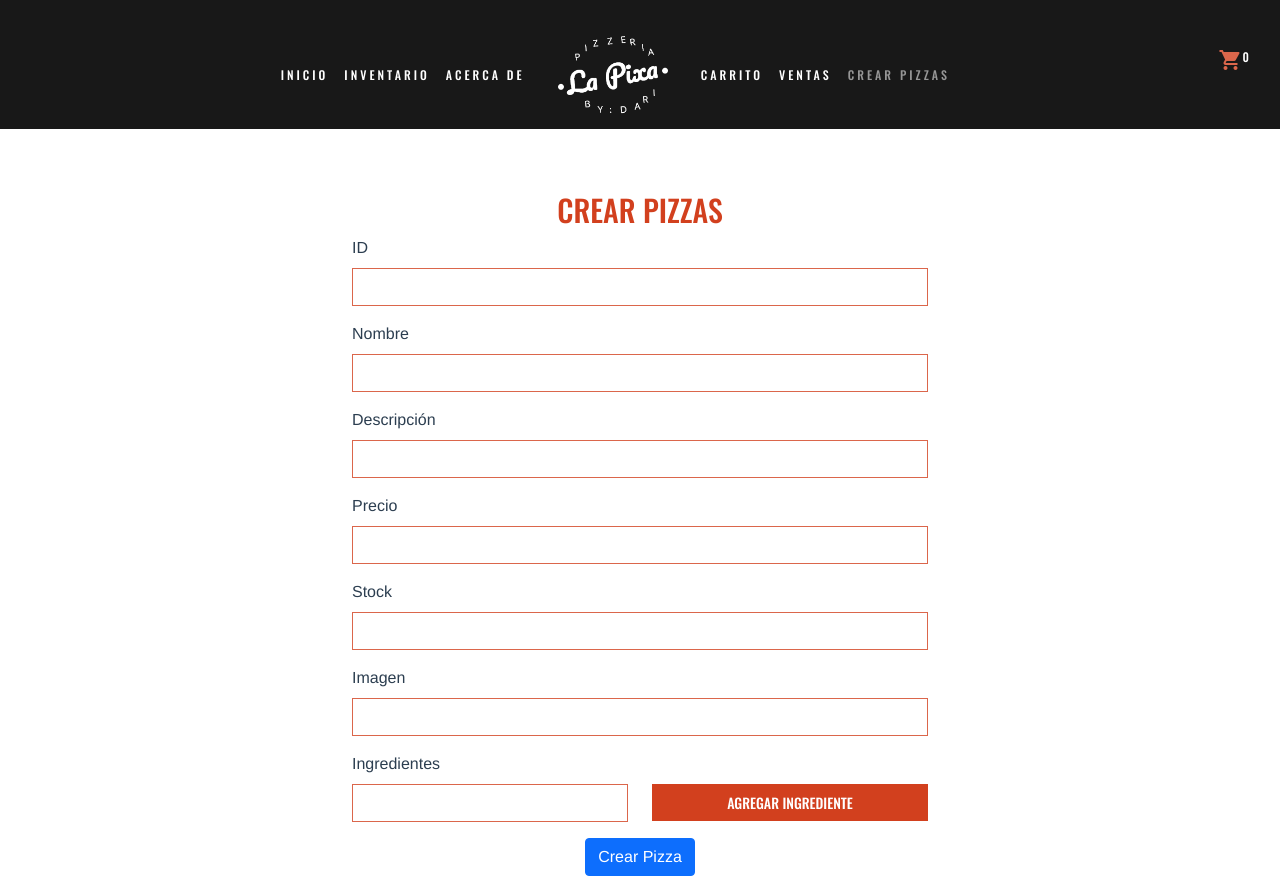
Repository: Darigo30/prueba-vue-dari-pizza
Page: /crearPizzas
These files come from the project's save history. The page is drawn as it stood at one moment and after the next save; the edit follows.
The browser window is 1280 px wide. The pictures show the whole page.
The project was rebuilt for these pictures with package versions that can differ from the ones it lists, and the page was loaded fresh each time. Also part of the build but not shown: src/views/Home.vue.

Above is the page before, as saved 2021-05-23 22:51:42.

After the next save:
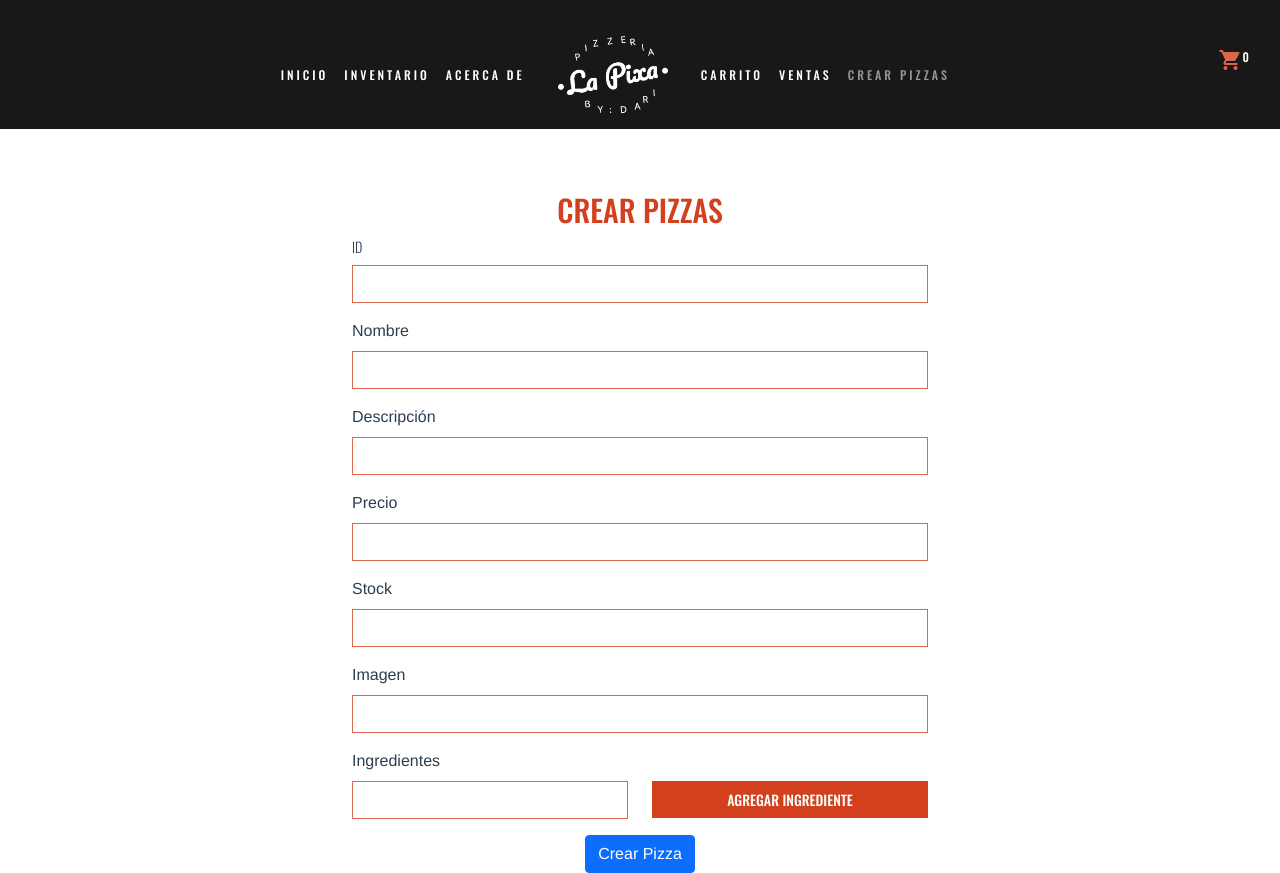
Saved 48 s later.
--- a/src/views/CrearPizzas.vue
+++ b/src/views/CrearPizzas.vue
@@ -5,7 +5,7 @@
         <h1 class="padd-t">Crear Pizzas</h1>
 
           <div class="mb-3 text-start">
-            <label class="form-label">ID</label>
+            <label class="form-label descrip">ID</label>
             <input type="text" class="form-control bord-fo" v-model="pizza.id" />
           </div>
           <div class="mb-3 text-start">
@@ -114,5 +114,10 @@ h1{
         border: none;
         padding: 8px;
     }
+    .descrip {
+    font-family: 'Oswald', sans-serif;
+    font-size: 14px;
+    font-weight: 300;
+}
 
 </style>
